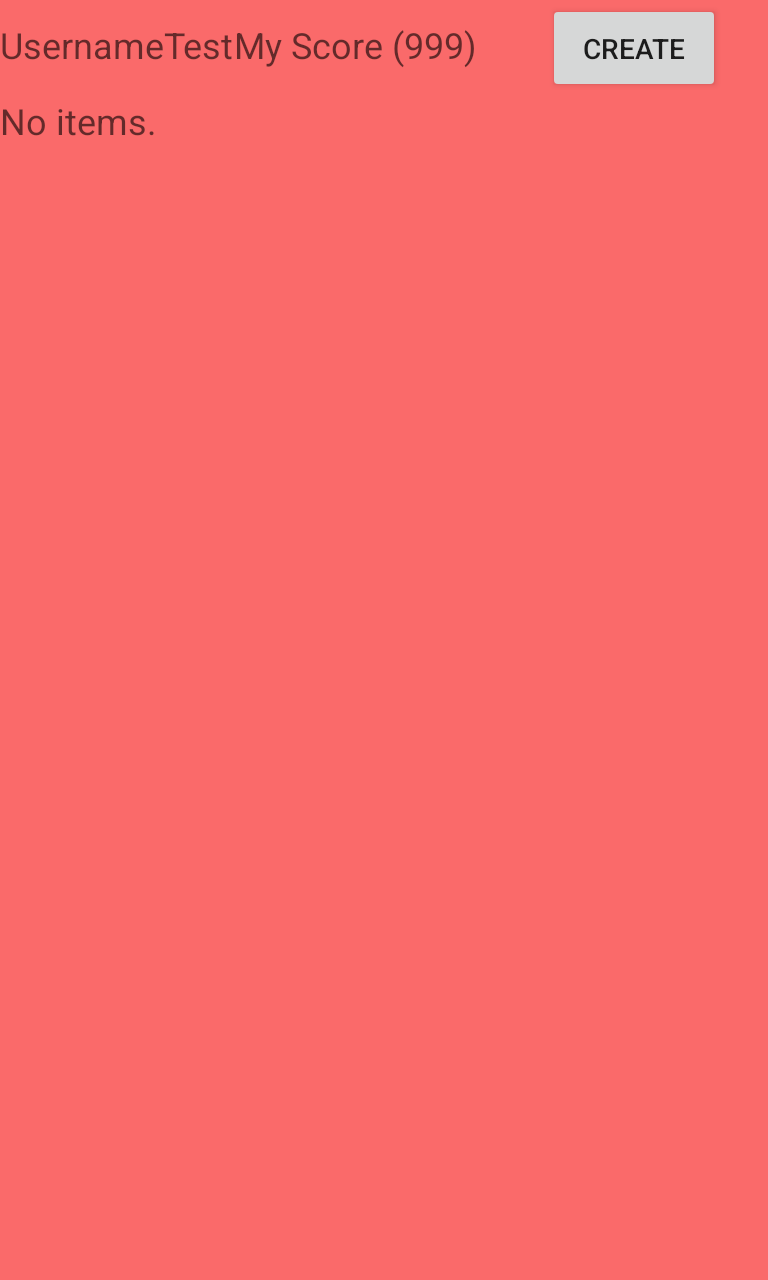
Repository: quantumlicht/android-capstone
Layout: capstone_client/res/layout/fragment_created_quiz.xml
These files come from the project's save history. The layout is drawn as it stood at one moment and after the next save; the edit follows.
It is drawn on a 768 x 1280 px phone screen (xhdpi) without system bars, with theme AppTheme; the app's code is not run. Lists and similar views that code fills are empty. The app's manifest (not shown) leaves right-to-left support off. So textAlignment, textDirection and layoutDirection are ignored, and left and right values win over start and end ones.

Above is the layout before, as saved 2014-11-15 02:50:43.

### capstone_client/res/layout/fragment_created_quiz.xml
<?xml version="1.0" encoding="utf-8"?>
<LinearLayout xmlns:android="http://schemas.android.com/apk/res/android"
    android:layout_width="match_parent"
    android:layout_height="match_parent"
    android:background="#fa6a6a"
    android:orientation="vertical" >

    <LinearLayout
        android:layout_width="match_parent"
        android:layout_height="wrap_content" >

        <TextView
            android:id="@+id/username"
            android:layout_width="wrap_content"
            android:layout_height="wrap_content"
            android:text="Username"
            android:textAppearance="?android:attr/textAppearanceMedium" />


          <TextView
            android:id="@+id/test"
            android:layout_width="wrap_content"
            android:layout_height="wrap_content"
            android:text="Test"
            android:textAppearance="?android:attr/textAppearanceMedium" />

        <TextView
            android:id="@+id/textView2"
            android:layout_width="156dp"
            android:layout_height="wrap_content"
            android:gravity="fill_horizontal|right"
            android:text="My Score (999)"
            android:textAlignment="gravity"
            android:textAppearance="?android:attr/textAppearanceMedium" />

         <Button
             android:id="@+id/createButton"
             android:layout_width="wrap_content"
             android:layout_height="wrap_content"
             android:text="Create" />

    </LinearLayout>

    <FrameLayout
        android:layout_width="match_parent"
        android:layout_height="299dp" >

        <!--
             Here is the list. Since we are using a ListActivity, we
             have to call it "@android:id/list" so ListActivity will
             find it
        -->

        <ListView
            android:id="@+id/android:list"
            android:layout_width="match_parent"
            android:layout_height="match_parent"
            android:drawSelectorOnTop="false" />

        <!-- Here is the view to show if the list is emtpy -->



        <TextView
            android:id="@android:id/empty"
            android:layout_width="match_parent"
            android:layout_height="match_parent"
            android:text="No items."
            android:textAppearance="?android:attr/textAppearanceMedium" />

    </FrameLayout>

</LinearLayout>

### capstone_client/res/values/styles.xml
<resources>

    <!--
        Base application theme, dependent on API level. This theme is replaced
        by AppBaseTheme from res/values-vXX/styles.xml on newer devices.
    -->
    <style name="AppBaseTheme" parent="Theme.AppCompat.Light">
        <!--
            Theme customizations available in newer API levels can go in
            res/values-vXX/styles.xml, while customizations related to
            backward-compatibility can go here.
        -->
    </style>

    <!-- Application theme. -->
    <style name="AppTheme" parent="AppBaseTheme">
        <!-- All customizations that are NOT specific to a particular API-level can go here. -->
    </style>

    <declare-styleable name="FragmentArguments">
    	<attr name="android:label" />
	</declare-styleable>

</resources>

Loaded but not shown: capstone_client/res/values-v11/styles.xml (common file); capstone_client/res/values-v14/styles.xml (common file)

After the next save:
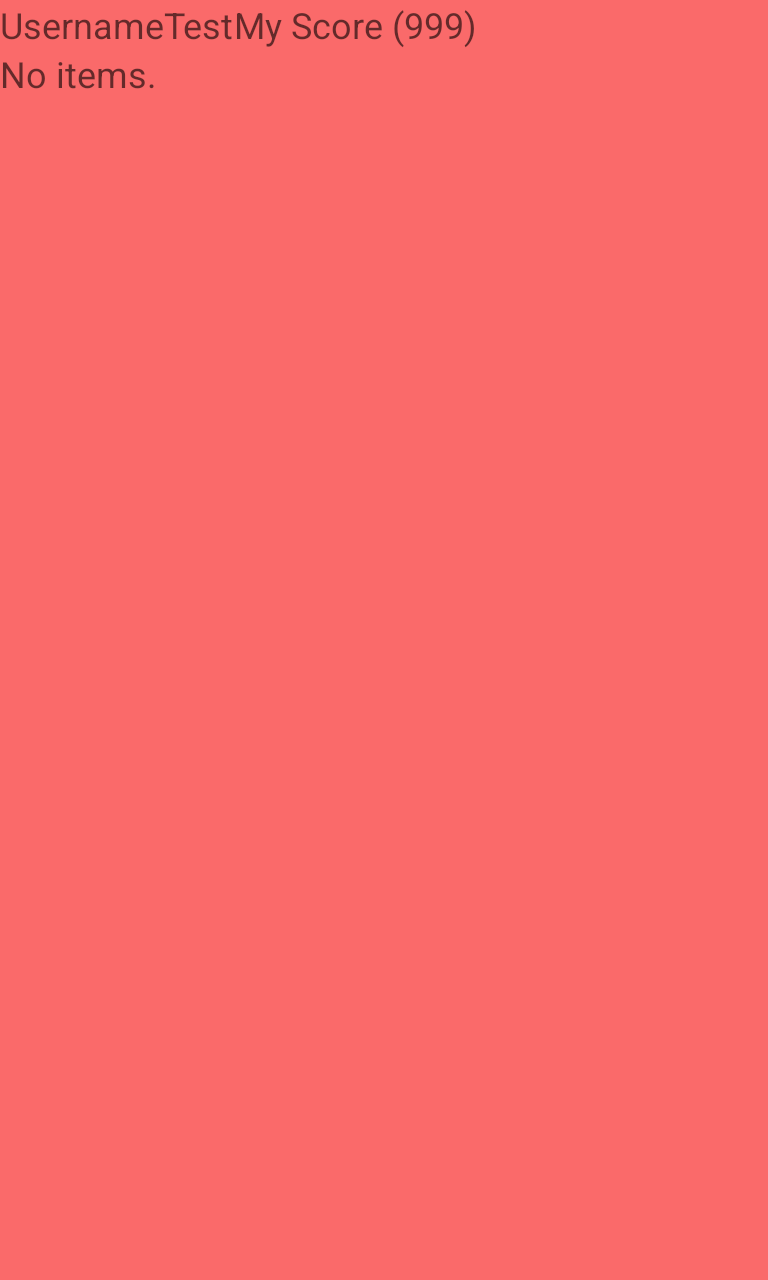
Saved 12 s later.
--- a/capstone_client/res/layout/fragment_created_quiz.xml
+++ b/capstone_client/res/layout/fragment_created_quiz.xml
@@ -33,12 +33,6 @@
             android:textAlignment="gravity"
             android:textAppearance="?android:attr/textAppearanceMedium" />
 
-         <Button
-             android:id="@+id/createButton"
-             android:layout_width="wrap_content"
-             android:layout_height="wrap_content"
-             android:text="Create" />
-
     </LinearLayout>
 
     <FrameLayout
